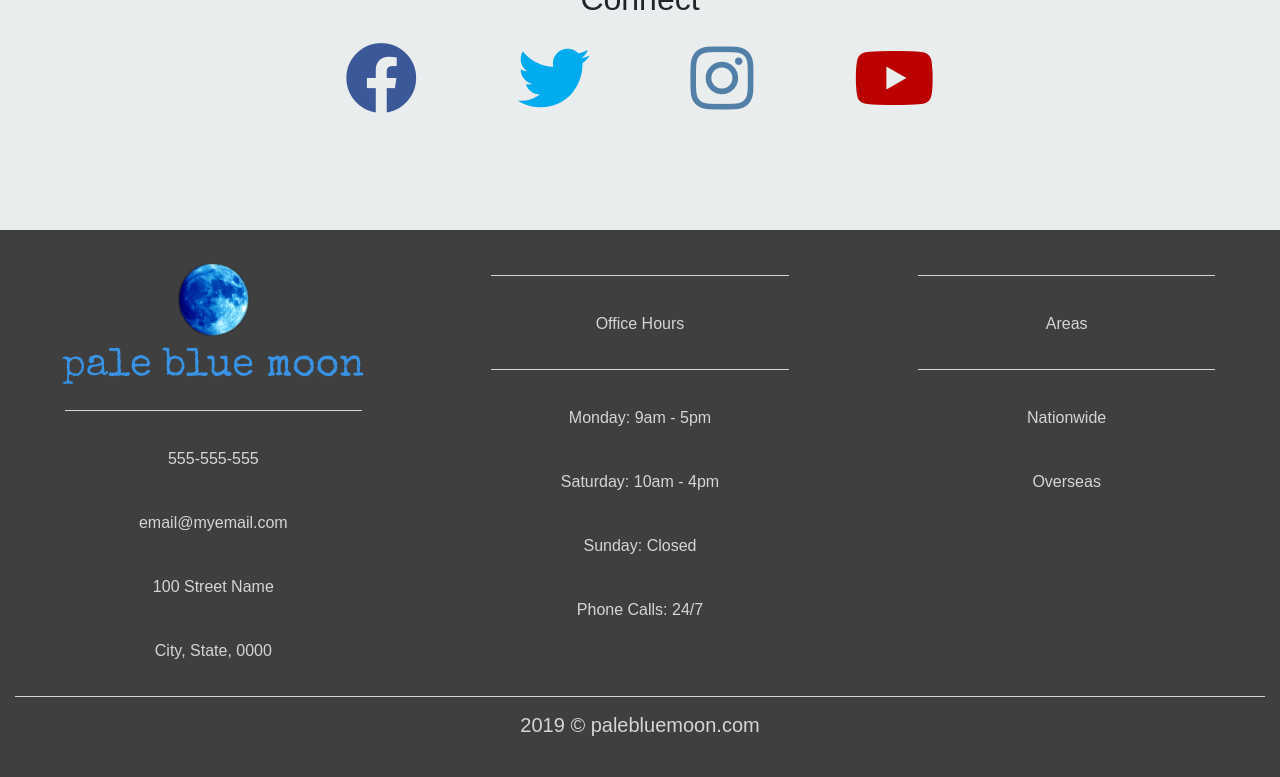
Repository: Skillabill/pale_blue_moon
Page: photos.html
The author's editor kept a record of every edit. The page is drawn from the files as they stood at one moment, then again after the next edit.
The browser window is 1280 px wide. The pictures show the part of the page from y = 1053 to 1830 px (the page is 1830 px tall).
A picture or video elsewhere on the page could not be fetched, so the positions and the page height are approximate. Some web fonts or font styles are not loaded; a fallback is used. Some web libraries are served in a nearby version.

Above is the page before.

### photos.html
<!DOCTYPE html>
<html lang="en">

<head>
    <meta charset="UTF-8">
    <meta name="viewport" content="width=device-width, initial-scale=1.0">
    <title>Pale Blue Moon</title>
    <meta http-equiv="X-UA-Compatible" content="ie=edge">
    <link rel="stylesheet" href="https://stackpath.bootstrapcdn.com/bootstrap/4.3.1/css/bootstrap.min.css" integrity="sha384-ggOyR0iXCbMQv3Xipma34MD+dH/1fQ784/j6cY/iJTQUOhcWr7x9JvoRxT2MZw1T" crossorigin="anonymous">
    <script src="https://code.jquery.com/jquery-3.3.1.slim.min.js" integrity="sha384-q8i/X+965DzO0rT7abK41JStQIAqVgRVzpbzo5smXKp4YfRvH+8abtTE1Pi6jizo" crossorigin="anonymous"></script>
    <script src="https://stackpath.bootstrapcdn.com/bootstrap/4.3.1/js/bootstrap.min.js" integrity="sha384-JjSmVgyd0p3pXB1rRibZUAYoIIy6OrQ6VrjIEaFf/nJGzIxFDsf4x0xIM+B07jRM" crossorigin="anonymous"></script>
    <script src="https://cdnjs.cloudflare.com/ajax/libs/popper.js/1.14.7/umd/popper.min.js" integrity="sha384-UO2eT0CpHqdSJQ6hJty5KVphtPhzWj9WO1clHTMGa3JDZwrnQq4sF86dIHNDz0W1" crossorigin="anonymous"></script>
    <link rel="stylesheet" href="https://use.fontawesome.com/releases/v5.8.1/css/all.css" integrity="sha384-50oBUHEmvpQ+1lW4y57PTFmhCaXp0ML5d60M1M7uH2+nqUivzIebhndOJK28anvf" crossorigin="anonymous">
    <link rel="stylesheet" href="https://cdnjs.cloudflare.com/ajax/libs/hover.css/2.3.1/css/hover-min.css" type="text/css" />
    <link rel="stylesheet" href="assets/css/style.css" type="text/css" />
    <link href="https://fonts.googleapis.com/css?family=Special+Elite&display=swap" rel="stylesheet">

</head>

<body>

    <!-- Navigation -->

    <nav class="navbar navbar-expand-md navbar-light bg-dark sticky-top">
        <div class="container-fluid">
            <a class="navbar-brand" href="index.html">
			    <span class="pbm">pale blue moon</span>
			</a>
            <button class="navbar-toggler" type="button" data-toggle="collapse" data-target="#navbarResponsive">
				<span class="navbar-toggler-icon"></span>
			</button>
            <div class="collapse navbar-collapse" id="navbarResponsive">
                <ul class="navbar-nav ml-auto">
                    <li class="nav-item active">
                        <a class="nav-link" href="index.html">Home</a>
                    </li>
                    <li class="nav-item">
                        <a class="nav-link" href="live.html">Live</a>
                    </li>
                    <li class="nav-item">
                        <a class="nav-link" href="bio.html">Bio</a>
                    </li>
                    <li class="nav-item">
                        <a class="nav-link" href="bookings.html">Bookings</a>
                    </li>
                    <li class="nav-item">
                        <button class="nav-link btn-link" data-toggle="modal" data-target="#signUpModal">Sign Up</button>
                    </li>

                </ul>
            </div>
        </div>
    </nav>

    <!-- Main Picture -->

    <div class="col-md-12 main-pic-bg">
        <img class="main-pic" src="assets/images/pbm1.jpeg"></img>
    </div>




    <!-- Connect -->

    <div class="container-fluid padding connect">
        <div class="row text-center padding">
            <div class="col-12">

                <h2>Connect</h2>
            </div>
            <div class="col-12 social padding connect">
                <a href="#"><i class="fab fa-facebook"></i></a>
                <a href="#"><i class="fab fa-twitter"></i></a>
                <a href="#"><i class="fab fa-instagram"></i></a>
                <a href="#"><i class="fab fa-youtube"></i></a>
            </div>
        </div>
    </div>

    <!-- Footer -->

    <footer>
        <div class="container-fluid padding">
            <div class="row text-center">
                <div class="col-md-4">
                    <img src="assets/images/moon.png" height="75px">
                    <div class="pbm">pale blue moon</div>
                    <hr class="light">
                    <p>555-555-555</p>
                    <p>email@myemail.com</p>
                    <p>100 Street Name</p>
                    <p>City, State, 0000</p>
                </div>
                <div class="col-md-4">
                    <hr class="light">
                    <p>Office Hours</p>
                    <hr class="light">
                    <p>Monday: 9am - 5pm</p>
                    <p>Saturday: 10am - 4pm</p>
                    <p>Sunday: Closed</p>
                    <p>Phone Calls: 24/7</p>
                </div>
                <div class="col-md-4">
                    <hr class="light">
                    <p>Areas</p>
                    <hr class="light">
                    <p>Nationwide</p>
                    <p>Overseas</p>
                </div>
                <div class="col-12">
                    <hr class="light-100">
                    <h5>2019 &copy; palebluemoon.com</h5>
                </div>
            </div>
        </div>
    </footer>

    <div class="modal" tabindex="-1" role="dialog" id="signUpModal">
        <div class="modal-dialog" role="document">
            <div class="modal-content">
                <div class="modal-header">
                    <h5 class="modal-title">Sign Up To Our Newsletter</h5>
                    <button type="button" class="close" data-dismiss="modal" aria-label="Close">
          <span aria-hidden="true">&times;</span>
        </button>
                </div>
                <div class="modal-body">
                    <form>
                        <div class="form-group">
                            <label for="exampleInputEmail1">Email address</label>
                            <input type="email" class="form-control" id="exampleInputEmail1" aria-describedby="emailHelp" placeholder="Enter email">
                            <small id="emailHelp" class="form-text text-muted">We'll never share your email with anyone else.</small>
                        </div>
                        <div class="form-group">
                            <label for="password">Password</label>
                            <input type="password" class="form-control" id="password" placeholder="Password">
                        </div>
                        <div class="form-group">
                            <label for="repeatPassword">Repeat Password</label>
                            <input type="password" class="form-control" id="repeatPassword" placeholder="Repeat Password">
                        </div>
                        <button type="submit" class="btn btn-success">Submit</button>
                    </form>
                </div>
            </div>
        </div>
    </div>


    <script src="https://code.jquery.com/jquery-3.3.1.slim.min.js" integrity="sha384-q8i/X+965DzO0rT7abK41JStQIAqVgRVzpbzo5smXKp4YfRvH+8abtTE1Pi6jizo" crossorigin="anonymous"></script>
    <script src="https://cdnjs.cloudflare.com/ajax/libs/popper.js/1.14.7/umd/popper.min.js" integrity="sha384-UO2eT0CpHqdSJQ6hJty5KVphtPhzWj9WO1clHTMGa3JDZwrnQq4sF86dIHNDz0W1" crossorigin="anonymous"></script>
    <script src="https://stackpath.bootstrapcdn.com/bootstrap/4.3.1/js/bootstrap.min.js" integrity="sha384-JjSmVgyd0p3pXB1rRibZUAYoIIy6OrQ6VrjIEaFf/nJGzIxFDsf4x0xIM+B07jRM" crossorigin="anonymous"></script>
</body>

</html>

### assets/css/style.css
@import url('https://fonts.googleapis.com/css?family=font-family:Luckiest Guy:100,200,300,400,500,600,700|Exo:100,200,300,400,500,600,700');

html,
body {
    height: 100%;
    width: 100%;
    font-family: 'Luckiest Guy', sans-serif;
}

.container,
.container-fluid,
.row {
    margin: 0;
    padding: 0;
}

p {
    margin: auto;
    padding: 20px;
}

/*---------------- NAV ------------------*/

.navbar {
    padding: .8rem;
}

.navbar-nav li {
    padding-right: 20px;
}

.nav-link {
    font-size: 1.1em;

}

.btn-link {
    background-color: transparent;
    border: none;
}

.pbm {
    font-family: 'Special Elite', cursive;
    color: #3993E5;
    font-size: 40px;
}

/*------------- MAIN PIC ------------------*/

.main-pic {
    width: 100%;
}

.main-pic-bg {
    background-color: #000;
}

/*-------------Live Page --------------*/

.live-body {
    background-image: url(../images/monkees.jpg);
    background-size: cover;
    background-repeat: no-repeat;

}

.live-shows {
    color: #fff;
    text-align: center;
}

table {
    background-color: rgba(28, 40, 51, 0.5);
    text-align: center;
    margin: auto;
    padding: 10px;
    color: #fff;
}

.table-1,
.table-2 {
    width: 60%;
}

/*--------------Bookings ----------------------*/

.bookings-bg {
    background-image: url(../images/band.jpg);
    background-size: cover;
    background-repeat: no-repeat;
}

.booking {
    margin: auto;
    width: 35%;
    background: rgba(28, 40, 51, 0.5);
    color: #fff;
    border-radius: 10px;
    text-align: center;
    padding: 20px;
    margin-top: 100px;
    margin-bottom: 100px;
    border: 2px solid #fff;

}

/*------------- SONGS -----------------------*/

.songs {
    background-color: #D5DBDB;
}

controls {
    background-color: #27AE60;
}

/*------------ WEDDINGS ---------------------*/

.wedding-pic {
    height: 100px;
    width: 100px;
}

.wed-rings-img {
    width: 280px;
    height: 199px;
}



.booking-btn {
    margin: auto;
    background-color: #DD340B;
    color: #fff;
    border-radius: 10px;
}

.booking-btn:hover {
    background-color: #fff;
    color: #DD340B;
    transition: .5s;
    border-color: #DD340B;
}

.padding {
    padding-bottom: 2rem;
}

.welcome {
    width: 75% margin: auto;
    padding-top: 2rem;
}

.welcome hr {
    border-top: 2px solid #3993E5;
    width: 95%;
    margin-top: .3rem;
    margin-bottom: 1rem;
}



/*-------------Meet the Band------------------*/

.band-bg {
    background-color: #000;
    color: #3993E5;
    font-family: 'Special Elite', cursive;
}

.band-bg-1 {
    background-color: #000;
    color: #000;
}

/*----------- VIDEO -------------------*/

.video{
    background-color: #000;
    color: #3993E5;
}
/*----------- CONNECT -------------------*/

.social a {
    font-size: 4.5em;
    padding: 3rem;
}

.fa-facebook {
    color: #3b5998;
}

.fa-twitter {
    color: #00aced;
}

.fa-instagram {
    color: #517fa8;
}

.fa-youtube {
    color: #bb0000;
}

.fa-facebook:hover,
.fa-twitter:hover,
.fa-instagram:hover,
.fa-youtube:hover {
    color: #d5d5d5;
}

.connect {
    background-color: #EAEDED;
}

/*------------ FOOTER ------------------*/

footer {
    background-color: #3f3f3f;
    color: #d5d5d5;
    padding-top: 2rem;
}

hr.light {
    border-top: 1px solid #d5d5d5;
    width: 75%;
    margin-top: .8rem;
    margin-bottom: 1rem;
}

hr.light-100 {
    border-top: 1px solid #d5d5d5;
    width: 100%;
    margin-top: .8rem;
    margin-bottom: 1rem;
}

/*-------------LIVE-----------------*/

.live-img {
    margin: 0;
    padding: 0;
    width: 100%;
    height: 100%;
}

/*-----Media Queries ------*/

@media (max-width: 992px) {
    .social a {
        font-size: 4em;
        padding: 2rem;
    }
}

@media (max-width: 768px) {

    .display-4 {
        font-size: 200%;
    }
    .social a {
        font-size: 2.5em;
        padding: 1.2rem;
    }
    .video {
        width: 480px;
    }
}

@media (max-width: 576px) {

    .display-4 {
        font-size: 160%;
    }
    .social a {
        font-size: 2em;
        padding: .7rem;
    }
    .video {
        width: 380px;
    }
}

After the next edit:
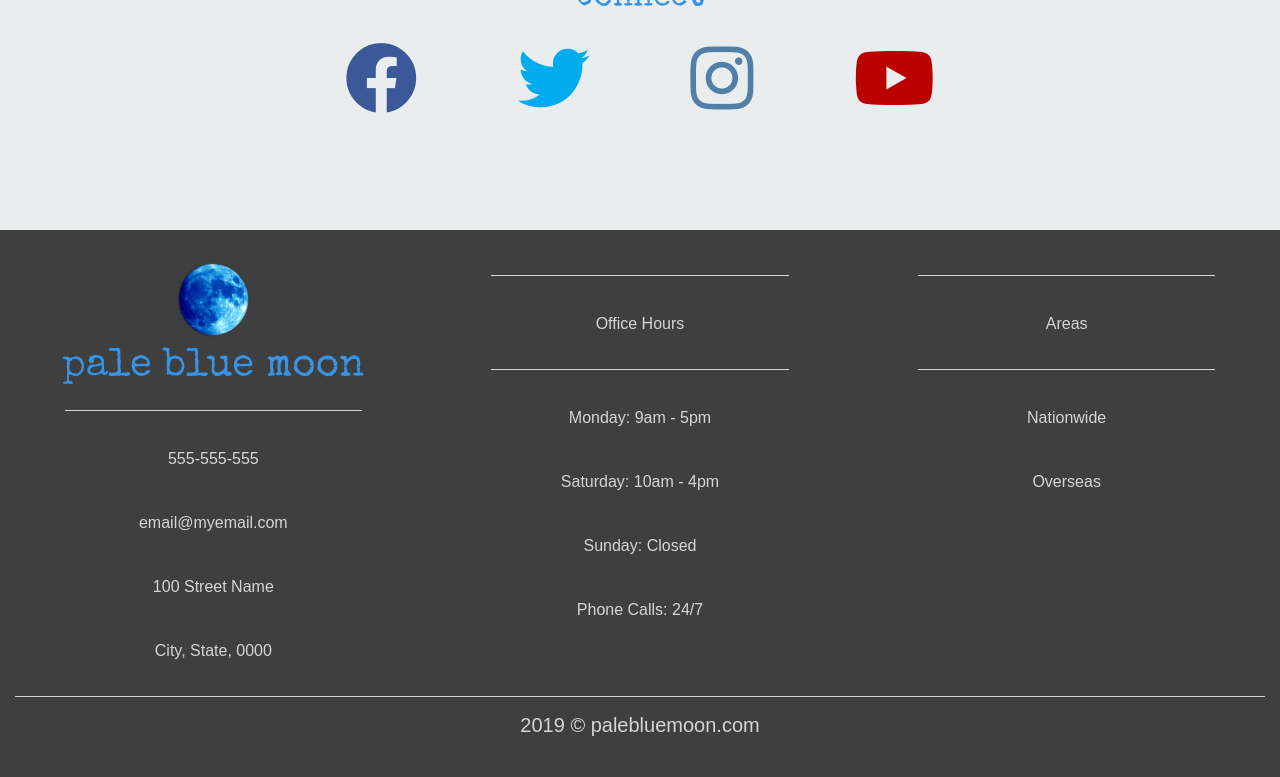
The edit:
--- a/assets/css/style.css
+++ b/assets/css/style.css
@@ -84,25 +84,7 @@
 
 /*--------------Bookings ----------------------*/
 
-.bookings-bg {
-    background-image: url(../images/band.jpg);
-    background-size: cover;
-    background-repeat: no-repeat;
-}
-
-.booking {
-    margin: auto;
-    width: 35%;
-    background: rgba(28, 40, 51, 0.5);
-    color: #fff;
-    border-radius: 10px;
-    text-align: center;
-    padding: 20px;
-    margin-top: 100px;
-    margin-bottom: 100px;
-    border: 2px solid #fff;
-
-}
+.photos
 
 /*------------- SONGS -----------------------*/
 
@@ -175,10 +157,17 @@
 
 /*----------- VIDEO -------------------*/
 
-.video{
-    background-color: #000;
-    color: #3993E5;
-}
+.video {
+    background-color: #000;
+    color: #3993E5;
+}
+
+h2,
+h3 {
+    font-family: 'Special Elite', cursive;
+    color: #3993E5;
+}
+
 /*----------- CONNECT -------------------*/
 
 .social a {
